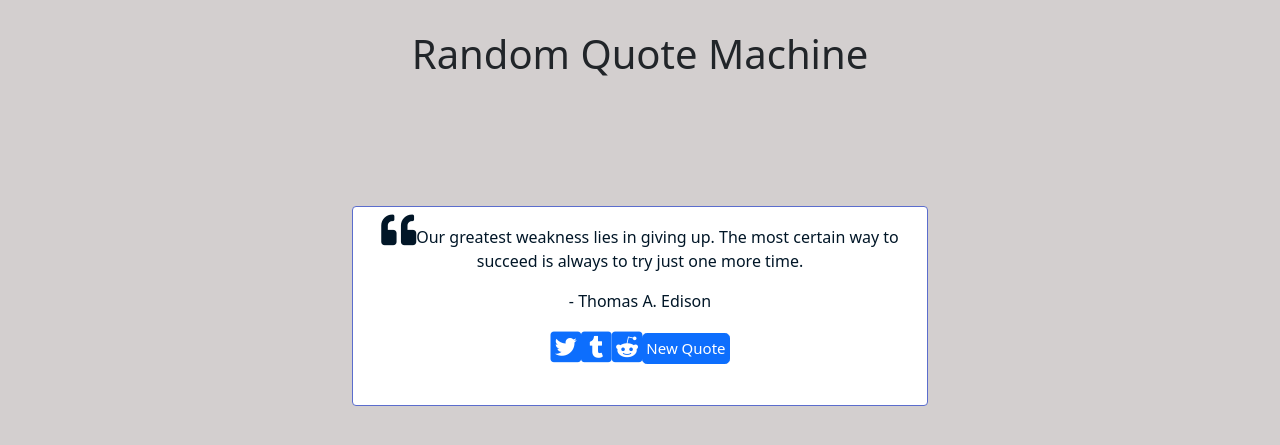
Repository: LuismGil/Random-quote-machine
Page: /
These files come from the project's save history. The page is drawn as it stood at one moment and after the next save; the edit follows.
The browser window is 1280 px wide. The pictures show the whole page.
The project was rebuilt for these pictures with package versions that can differ from the ones it lists, and the page was loaded fresh each time.

Above is the page before, as saved 2021-01-27 10:15:01.

### public/index.html
<!DOCTYPE html>
<html lang="en">
  <head>
    <meta charset="utf-8" />
    <link rel="icon" href="%PUBLIC_URL%/favicon.ico" />
    <meta name="viewport" content="width=device-width, initial-scale=1" />
    <meta name="theme-color" content="#000000" />
    <meta
      name="description"
      content="Web site created using create-react-app"
    />
    <link rel="apple-touch-icon" href="%PUBLIC_URL%/logo192.png" />
    <!--
      manifest.json provides metadata used when your web app is installed on a
      user's mobile device or desktop. See https://developers.google.com/web/fundamentals/web-app-manifest/
    -->
    <link rel="manifest" href="%PUBLIC_URL%/manifest.json" />
    <!--
      Notice the use of %PUBLIC_URL% in the tags above.
      It will be replaced with the URL of the `public` folder during the build.
      Only files inside the `public` folder can be referenced from the HTML.

      Unlike "/favicon.ico" or "favicon.ico", "%PUBLIC_URL%/favicon.ico" will
      work correctly both with client-side routing and a non-root public URL.
      Learn how to configure a non-root public URL by running `npm run build`.
    -->
    <link
      href="https://cdn.jsdelivr.net/npm/bootstrap@5.0.0-beta1/dist/css/bootstrap.min.css"
      rel="stylesheet"
      integrity="sha384-giJF6kkoqNQ00vy+HMDP7azOuL0xtbfIcaT9wjKHr8RbDVddVHyTfAAsrekwKmP1"
      crossorigin="anonymous"
    />
    <link
      rel="stylesheet"
      href="https://cdnjs.cloudflare.com/ajax/libs/font-awesome/5.15.2/css/all.min.css"
      integrity="sha512-HK5fgLBL+xu6dm/Ii3z4xhlSUyZgTT9tuc/hSrtw6uzJOvgRr2a9jyxxT1ely+B+xFAmJKVSTbpM/CuL7qxO8w=="
      crossorigin="anonymous"
    />
    <title>Random Quote Machine</title>
  </head>
  <body>
    <noscript>You need to enable JavaScript to run this app.</noscript>
    <div id="root"></div>
    <!--
      This HTML file is a template.
      If you open it directly in the browser, you will see an empty page.

      You can add webfonts, meta tags, or analytics to this file.
      The build step will place the bundled scripts into the <body> tag.

      To begin the development, run `npm start` or `yarn start`.
      To create a production bundle, use `npm run build` or `yarn build`.
    -->
  </body>
</html>

### src/index.js
import React from 'react';
import ReactDOM from 'react-dom';
import './index.css';
//import App from './App';

const quotes = [
  {
    quote:
      'Our greatest weakness lies in giving up. The most certain way to succeed is always to try just one more time.',
    author: '- Thomas A. Edison',
  },
  {
    quote: 'You must expect great things of yourself before you can do them.',
    author: '- Michael Jordan',
  },
  {
    quote:
      'Obstacles are necessary for success because in selling, as in all careers of importance, victory comes only after many struggles and countless defeats.',
    author: '- Og Mandino',
  },
  {
    quote:
      'It is during our darkest moments that we must focus to see the light.',
    author: '- Aristotle Onassis',
  },
  {
    quote:
      'We can easily forgive a child who is afraid of the dark; the real tragedy of life is when men are afraid of the light.',
    author: '- Plato',
  },
  {
    quote: 'The only thing we have to fear is fear itself.',
    author: '- Franklin D. Roosevelt',
  },
  {
    quote:
      'Only put off until tomorrow what you are willing to die having left undone.',
    author: '- Pablo Picasso',
  },
  {
    quote:
      'The greater danger for most of us isn’t that our aim is too high and miss it, but that it is too low and we reach it.',
    author: '- Michelangelo',
  },
  {
    quote: 'A goal properly set is halfway reached.',
    author: '- Zig Ziglar',
  },
  {
    quote:
      'Our goals can only be reached through a vehicle of a plan, in which we must fervently believe, and upon which we must vigorously act. There is no other route to success.',
    author: '- Pablo Picasso',
  },
];

const colors = [
  '#011627',
  '#f3C677',
  '#2EC4B6',
  '#E71D36',
  '#5C80BC',
  '#CF1259',
  '#8B1E3F',
  '#DB4C4O',
  '#DDDBF1',
];

class QuoteBox extends React.Component {
  constructor(props) {
    super(props);
    // No llames this.setState() aquí!
    this.state = {
      quote: quotes[0].quote,
      author: quotes[0].author,
      color: colors[0],
    };
    this.handleClick = this.handleClick.bind(this);
  }

  handleClick = () => {
    let randomQuote = Math.floor(Math.random() * quotes.length);
    let newQuote = quotes[randomQuote];
    let randomColor = Math.floor(Math.random() * colors.length);
    let newColor = colors[randomColor];

    console.log('click aqui funciona?');
    this.setState({
      quote: newQuote.quote,
      author: newQuote.author,
      color: newColor,
    });
  };

  render() {
    return (
      <div id="quote-box">
        <h1>Random Quote Machine</h1>
        <div className="quote-card">
          <NewQuote quote={this.state} />
          {/* handlerClick={this.handleClick} quote={this.state} */}

          <div>
            <a id="tweet-quote" href="#">
              <i className="fab fa-twitter-square icon" />
            </a>
            <a href="#" role="button">
              <i className="fab fa-tumblr-square icon" />
            </a>
            <a href="#">
              <i className="fab fa-reddit-square icon" />
            </a>
            <button
              id="new-quote"
              type="submit"
              className="btn btn-primary btn-lg"
              onClick={this.handleClick}
            >
              New Quote
            </button>
          </div>
        </div>
      </div>
    );
  }
}

const NewQuote = props => {
  const { quote } = props;

  return (
    <div style={{ color: quote.color }}>
      <p>
        <i class="fas fa-quote-left"></i>
        {quote.quote}
      </p>
      <p id="author">{quote.author} </p>
    </div>
  );
};

ReactDOM.render(<QuoteBox />, document.getElementById('root'));

### src/index.css
body {
  background-color: rgb(211, 207, 207);
}

h1 {
  margin-top: 30px;
  text-align: center;
}

.quote-card {
  height: 200px;
  display: flex;
  flex-direction: column;
  text-align: center;
  background-color: white;
  margin: 10% auto;
  box-sizing: border-box;
  width: 45%;
  border: solid #5b6dcd 1px;
  border-radius: 4px;
  padding: 5px;
}

i {
  font-size: 35px;
}

.icon {
}

#new-quote {
  font-size: 15px;
  padding: 3px;
  margin-bottom: 14px;
}

After the next save:
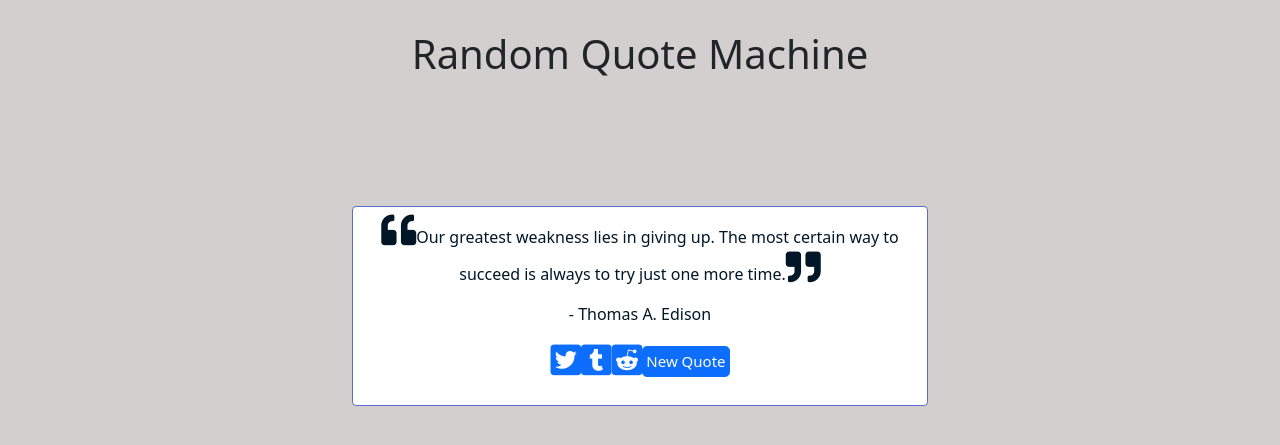
Saved 20 s later.
--- a/src/index.js
+++ b/src/index.js
@@ -132,6 +132,7 @@ const NewQuote = props => {
       <p>
         <i class="fas fa-quote-left"></i>
         {quote.quote}
+        <i class="fas fa-quote-right"></i>
       </p>
       <p id="author">{quote.author} </p>
     </div>
